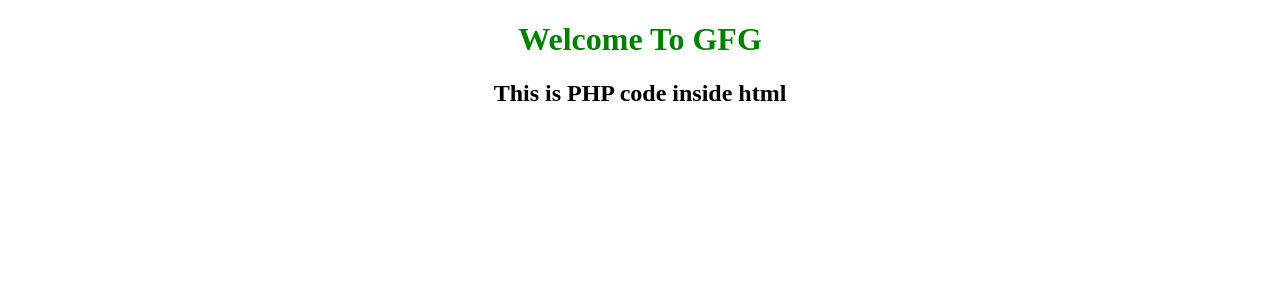
Repository: NithishKoriyar/phpprojectgh
Page: http://localhost/example1.php
These files come from the project's save history. The page is drawn as it stood at one moment and after a run of saves; the edit follows.
The browser window is 1280 px wide. The pictures show the whole page.
The page is run by PHP 8.4 with error messages shown; the project is at /var/www/html/.

Above is the page before, as saved 2022-12-14 10:51:54.

After the next 3 saves:
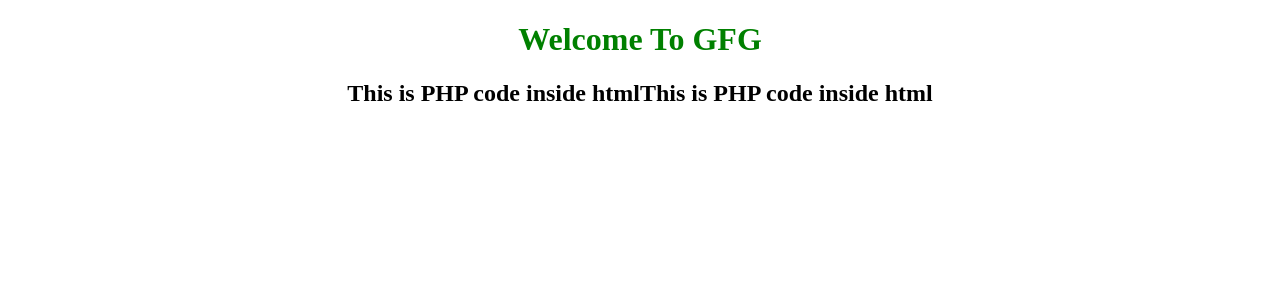
The 3 saves are shown as one change because they came seconds apart.
The last was saved 8 min 47 s later.
--- a/example1.php
+++ b/example1.php
@@ -15,7 +15,8 @@
 
 		<h2>
 			<?php
-			echo "This is PHP code inside html"
+            echo "This is PHP code inside html";
+            echo "This is PHP code inside html";
 			?>
 		</h2>
 	</center>

After the save that followed:
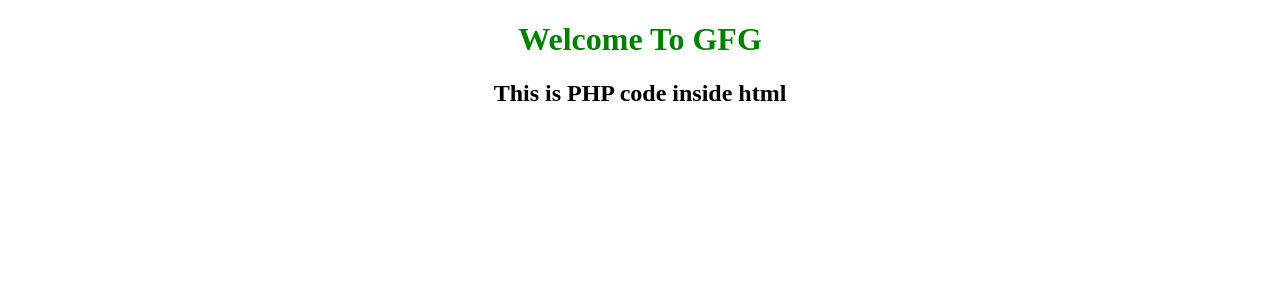
Saved 5 s later.
--- a/example1.php
+++ b/example1.php
@@ -16,7 +16,7 @@
 		<h2>
 			<?php
             echo "This is PHP code inside html";
-            echo "This is PHP code inside html";
+            echo "";
 			?>
 		</h2>
 	</center>
